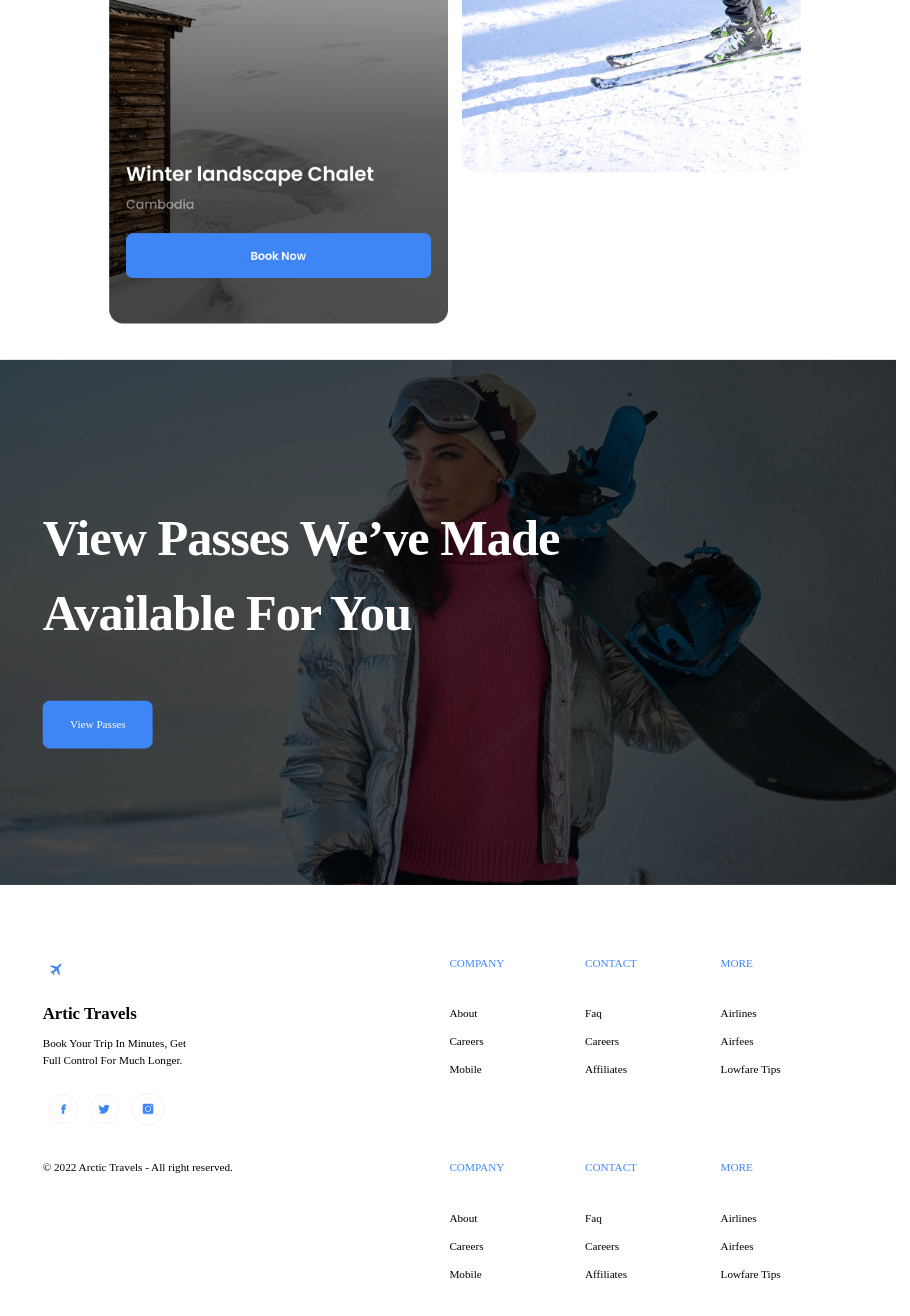
Repository: swissjake/arctic-travel-agency
Page: /
The author's editor kept a copy of each file at every save. The page is drawn from the files as they stood at one save, then again after the next save.
The browser window is 1280 px wide. The page is 1300 px wide, so the pictures cover 1300 px, including what lies to the right of the window. The pictures show the part of the page from y = 4013 to 5893 px (the page is 5893 px tall), at 70% of full size.
The project was rebuilt for these pictures with package versions that can differ from the ones it lists, and the page was loaded fresh each time. Also part of the build but not shown: src/App.css.

Above is the page before, as saved 2022-05-04 17:37:28.

### public/index.html
<!DOCTYPE html>
<html lang="en">
  <head>
    <meta charset="utf-8" />
    <link rel="icon" href="%PUBLIC_URL%/favicon.ico" />
    <meta name="viewport" content="width=device-width, initial-scale=1" />
    <meta name="theme-color" content="#000000" />
    <meta
      name="description"
      content="Web site created using create-react-app"
    />

    <title>Arctic Travel Agency</title>
  </head>
  <body>
    <noscript>You need to enable JavaScript to run this app.</noscript>
    <div id="root"></div>
    <!--
      This HTML file is a template.
      If you open it directly in the browser, you will see an empty page.

      You can add webfonts, meta tags, or analytics to this file.
      The build step will place the bundled scripts into the <body> tag.

      To begin the development, run `npm start` or `yarn start`.
      To create a production bundle, use `npm run build` or `yarn build`.
    -->
  </body>
</html>

### src/index.css
@tailwind base;
@tailwind components;
@tailwind utilities;

@import url('https://fonts.googleapis.com/css2?family=Poppins:wght@300;400;500;700&display=swap');


body{
    font-family: 'poppins';
}

@layer components {
    .container {
        @apply max-w-[1440px] mx-auto
    }
    .btn{
        @apply mt-[68px] bg-[#3E86F5] py-[22px] px-[39px] rounded-[10px] text-[16px] text-white
    }
    .booktrip{
        @apply font-medium text-[18px]
    }

}

.bookshadow{
    box-shadow: 0px 134px 193px rgba(183, 183, 183, 0.07), 0px 16.7789px 24.1666px rgba(183, 183, 183, 0.035);
}
/* .container {
    max-width: 1440px;
    margin: 0 auto;
} */

### src/pages/LandingPage.tsx
import Footer from "../components/Footer/Footer"
import Hero from "../components/Hero/Hero"
import HeroIcons from "../components/HeroIcons/HeroIcons"
import IceCold from "../components/IceCold/IceCold"
import Nav from "../components/Nav/Nav"
import Passes from "../components/Passes/Passes"
import Region from "../components/Region/Region"
import Resort from "../components/Resort/Resort"
import heroImage from '../assets/heroImage.jpeg'


const LandingPage = () => {
  return (
    <>
  <div>
  <div className="h-[780px]  w-full bg-no-repeat bg-center bg-cover" style={{backgroundImage:`linear-gradient(180deg, rgba(0, 0, 0, 0.65) 0%, rgba(0, 0, 0, 0.580838) 32.24%, rgba(0, 0, 0, 0.486293) 62.09%, rgba(0, 0, 0, 0) 98.06%), url(${heroImage})`}}>
     <Nav />
     <Hero />

  </div>

    <HeroIcons />
    <IceCold />
  </div>
  <Region />
  <Resort/>
  <Passes />

     {/*  style={{backgroundImage:`linear-gradient(180deg, rgba(0, 0, 0, 0.65) 0%, rgba(0, 0, 0, 0.580838) 32.24%, rgba(0, 0, 0, 0.486293) 62.09%, rgba(0, 0, 0, 0) 98.06%), url(${heroImage})`}} */}

     <Footer/>
    </>
  )
}

export default LandingPage

### src/components/Footer/Footer.tsx
import React from 'react'
import aeroplane from "../../assets/aeroplane.svg"
import facebook from "../../assets/facebook.svg"
import instagram from "../../assets/instagram.svg"
import twitter from "../../assets/twitter.svg"


const social=[facebook,twitter,instagram]
const company=["about","careers","mobile"]
const contact=["faq","careers","affiliates"]
const more=["airlines","airfees","lowfare tips"]





const Footer = () => {
  return (
      <footer className='pt-[5rem]'>
         <div className="container p-[20px] md:pl-[61px] md:pr-[57px]">
            <div className="sm:flex justify-between">

<div className="mb-[3rem] w-[50%]">
  <img src={aeroplane} className="mb-[27px]" alt="aeroplane" />
  <p className="capitalize text-2xl font-bold">artic travels</p>
  <p className="capitalize mt-[16px] mb-[34px] w-[217px]">Book your trip in minutes, get full
control for much longer.</p>
<div className="flex mt-5">

  {social.map((item,index)=> (<img src={item} className="mx-2 " alt="icons" />))}
</div>
</div>

<div className='mb-5 flex-1'>
  <h2 className="text-[#3E86F5] mb-[40px] uppercase">company</h2>
  <ul>
    {company.map((item,index)=>(
      <li className="capitalize leading-10">{item}</li>
    ))}
  </ul>
</div>

<div className='mb-5 flex-1'>
  <h2 className="text-[#3E86F5] mb-[40px] uppercase">contact</h2>
  <ul>
    {contact.map((item,index)=>(
      <li className="capitalize leading-10">{item}</li>
    ))}
  </ul>
</div>

<div className='mb-5 flex-1'>
  <h2 className="text-[#3E86F5] mb-[40px] uppercase">more</h2>
  <ul>
    {more.map((item,index)=>(
      <li className="capitalize leading-10">{item}</li>
    ))}
  </ul>
</div>


              </div>

              <div className="sm:flex justify-between">

<div className="mb-[3rem] w-[50%]">
© 2022 Arctic Travels - All right reserved.
</div>

<div className='mb-5 flex-1'>
  <h2 className="text-[#3E86F5] mb-[40px] uppercase">company</h2>
  <ul>
    {company.map((item,index)=>(
      <li className="capitalize leading-10">{item}</li>
    ))}
  </ul>
</div>

<div className='mb-5 flex-1'>
  <h2 className="text-[#3E86F5] mb-[40px] uppercase">contact</h2>
  <ul>
    {contact.map((item,index)=>(
      <li className="capitalize leading-10">{item}</li>
    ))}
  </ul>
</div>

<div className='mb-5 flex-1'>
  <h2 className="text-[#3E86F5] mb-[40px] uppercase">more</h2>
  <ul>
    {more.map((item,index)=>(
      <li className="capitalize leading-10">{item}</li>
    ))}
  </ul>
</div>


              </div>


         </div>
      </footer>

  )
}

export default Footer

### src/components/Hero/Hero.tsx

const Hero = () => {
  return (
    <section >
         <div className="container md:pl-[61px] p-[20px] md:pr-[57px]">
           {/* <img src={heroImage} alt="" /> */}
           <div className="pt-[160px] text-center md:text-left md:pt-[200px] text-white ">
           <h1 className="md:w-[46.6rem] md:whitespace-nowrap text-[32px] md:text-[56px] capitalize font-bold tracking-{-0.03em}">Plan the perfect winter trip</h1>
           <p className="md:w-[33rem] text-[14px] md:text-[22px] font-normal tracking-[-0.01em] mt-[20px]">Easily plan your ideal ski trip from home with the help of professionals</p>
           <button className="btn">Book Now</button>
           </div>
        </div>
    </section>

  )
}

export default Hero

//background: linear-gradient(180deg, rgba(0, 0, 0, 0.65) 0%, rgba(0, 0, 0, 0.580838) 32.24%, rgba(0, 0, 0, 0.486293) 62.09%, rgba(0, 0, 0, 0) 98.06%);

### src/components/HeroIcons/HeroIcons.tsx
import React from 'react'
import nike from '../../assets/nike.svg'
import applepay from '../../assets/applepay.svg'
import silverstar from '../../assets/silverstar.svg'
import intra from '../../assets/intra.svg'
import mastercard from '../../assets/mastercard.svg'
import BookTrip from '../BookTrip/BookTrip'



const HeroIcons = () => {

  return (
    <section className='bg-[#F8F9FC]'>
         <BookTrip />
        <div className='container md:h-[243px]'>
            <div className='flex flex-wrap md:flex-nowrap items-center justify-center px-3 pb-[45px]  md:px-[222px] pt-[200px] md:pt-[149px] space-y-6 md:space-y-0'>
                    <div className='md:mr-[120px] mr-[40px]'>
                        <img className='w-[96px] h-[50px]' src={nike} alt="nike" />
                    </div>
                    <div className='md:mr-[126px] mr-[40px]'>
                        <img className='w-[96px] h-[56px]' src={applepay} alt="applepay" />
                    </div>
                    <div className='md:mr-[128px] mr-[40px]'>
                        <img className='w-[126px] h-[57px]' src={silverstar} alt="silver" />
                    </div>
                    <div className='md:mr-[130px] mr-[40px]'>
                        <img className='w-[108px] h-[46px]' src={intra} alt="intra" />
                    </div>
                    <div className=''>
                        <img className='w-[64px] h-[64px]' src={mastercard} alt="mastercard" />
                    </div>
            </div>

        </div>
    </section>
    )
}

export default HeroIcons

### src/components/IceCold/IceCold.tsx
import React from 'react'
import map from '../../assets/map.svg'
import arrow from '../../assets/Arrow.svg'

const IceCold = () => {
  return (
      <section className='bg-[#F8F9FC]'>
         <div className='container h-[693px] p-[20px] pt-[179px] md:pl-[40px]'>
             <div className='h-[492px] relative  bg-[rgba(62, 134, 245, .2)]' style={{backgroundImage:`url(${map})`}}>
                <h1 className='w-full md:w-[791px] leading-[54px] tracking-[-0.02em] text-[black] font-semibold left-[50%] translate-x-[-50%] absolute top-[-60px] h-[108px] text-[30px] md:text-[40px] text-center'>Creating the best <span className='text-[#3E86F5]'>ice-cold!</span> experience you would never forget.</h1>

                 <p className='w-full md:w-[697px] md:h-[72px] absolute left-[50%] translate-x-[-50%] text-[rgba(0, 0, 0, 0.5)] text-[18px] md:text-[24px] mt-[120px] md:mt-[60px] text-center leading-[36px] font-normal'>Would you explore nature paradise in the world, find the best destination in the world with us.</p>
                <div className=''>
                    <h1 className='w-full md:w-[454px] md:h-[50px] md:whitespace-nowrap absolute mb-[75px] md:mb-[150px] bottom-0 left-[50%] translate-x-[-50%] font-semibold text-[#000000] text-[40px] text-center leading-[60px] tracking-[-0.02em]'>View Regions available</h1>
                    <img className='absolute bottom-0 left-[50%] translate-x-[-50%] mb-[36px] md:mb-[73px]' src={arrow} alt="/" />
                </div>
             </div>

        </div>
      </section>

  )
}

export default IceCold

### src/components/Nav/Nav.tsx
import React, {useState} from 'react'
import aeroplane from "../../assets/aeroplane.svg";
import {AiOutlineClose, AiOutlineMenu} from 'react-icons/ai'

const Nav = () => {
  const [close, setClose]=useState(true)


  const navitems:string[] = ["About us", "Support", "Language"];
  return (
    <section className=''>
<div className='container  top-0 flex md:pl-[61px] justify-between p-[20px] md:pr-[57px]'>
  <div className="flex items-center">
  <img src={aeroplane} className="mr-[10px]" alt="aeroplane" />
  <h2 className='capitalize font-bold text-white mr-[56px]'>artic travels</h2>
 <ul className="inline hidden md:block">
   {navitems.map((item:string, index) => <li key={index} className="inline capitalize text-white mr-[40px]"><button>{item}</button></li>)}
 </ul>
  </div>

  <button className='hidden md:block text-[#3E86F5] h-[48px] rounded-[10px] w-[151px] bg-white'>
  Sign in
</button>
<button className='md:hidden block' onClick={()=>setClose(!close)}>
<AiOutlineMenu size={20} className='text-white'/>
</button>
</div>
<div style={{width:close?"0%":"100%",transition:"all .5s"}} className="fixed md:hidden block overflow-hidden  flex h-[100%] top-0 bg-black z-50">
<ul className="inline m-auto">
   {navitems.map((item:string) => <li className="leading-10 text-white"><button onClick={()=>setClose(true)} className="capitalize">{item}</button></li>)}
 </ul>
 <button className='hidden text-[#3E86F5] h-[48px] rounded-[10px] w-[151px] bg-white'>
  Sign in
</button>


<button onClick={()=>setClose(!close)} className="absolute top-[5%] right-[5%] border-white border-[4px] font-bold p-1 rounded-full"><AiOutlineClose size={20} className='fill-white'/></button>

</div>

    </section>
  )
}

export default Nav

// npm install @mui/icons-material

### src/components/Passes/Passes.tsx
import React from 'react'
import passes from '../../assets/passesimg.jpg'

const Passes = () => {
  return (
      <section className='bg-center bg-cover bg-no-repeat' style={{backgroundImage: `linear-gradient(0deg, rgba(0, 0, 0, 0.7), rgba(0, 0, 0, 0.7)),url(${passes})`, backgroundPosition:"center 25%"}}>
            <div className='container h-[500px] md:h-[750px] md:pl-[61px]  md:pr-[57px]  text-white' >
                <div className=' text-center md:text-left'>
                <h1 className='md:w-[1017px] pt-[120px] md:pt-[200px] font-semibold text-[36px] md:text-[72px] leading-[54px] md:leading-[108px] tracking-[-0.02em]'>View Passes We’ve Made Available For You</h1>
                <button className='btn mt-[40px] md:mt-[71px]'>View Passes</button>
                </div>
            </div>
      </section>

  )
}

export default Passes

### src/components/Region/Region.tsx
import React from 'react'
import region1 from '../../assets/region1.png'
import region2 from '../../assets/region2.png'
import region3 from '../../assets/region3.png'


const Region = () => {
  return (
      <section>
             <div className=''>
                 <div className='flex '>
             <div className='flex-1'>
             <img className="w-full" src={region1} alt="/"/>
             </div>

               <div className="flex-1">
               <img className="w-full" src={region2} alt="/" />

               </div>

             <div className="flex-1">
                <img className='w-full'  src={region3} alt="/" />
            </div>



            </div>
            </div>
      </section>

  )
}

export default Region

### src/components/Resort/Resort.tsx
import React from 'react'
import picture1 from "../../assets/picture1.png"
import picture2 from "../../assets/picture2.png"
import picture3 from "../../assets/picture3.png"
import picture4 from "../../assets/picture4.png"
const Resort = () => {
  return (
 <section>
   <div className="container p-[20px] pt-[179px] md:pl-[40px]">
<div className="md:flex gap-5 justify-between">

  <div className="flex-1">
  <p className="text-[3rem] md:w-[80%] w-full mb-[4.5rem] font-[600] tracking-[-0.02em]">The best resorts to chill and relax</p>
  <div className="w-full flex justify-end flex-wrap">
  <img src={picture1} className="mb-[32px]" alt="" />
<img src={picture2} className="mb-[32px]" alt="" />
  </div>

  </div>

<div className="flex-1">
<img src={picture3} className="mb-5 mb-[32px]" alt="" />
<img src={picture4} alt="" />
</div>

  </div>
   </div>
 </section>
  )
}

export default Resort

### src/components/BookTrip/BookTrip.tsx
import React from 'react'
import location from '../../assets/location.svg'
import aero from '../../assets/aero.svg'
import user from '../../assets/user.svg'
import dropdown from '../../assets/dropdown.svg'
import checkin from '../../assets/checkin.svg'

const BookTrip = () => {
  return (
      <section>
            <div className='container p-2 md:p-0 md:relative'>

                <div className='bookshadow md:w-[1320px] md:absolute bg-white rounded-[16px] md:z-40 md:h-[140px] md:mt-[-75px] md:left-[50%] md:translate-x-[-50%] md:space-x-[120px] md:flex-row flex flex-col p-7  items-center justify-center'>
                    <div className='mb-4 md:mb-0'>
                        <div className='flex'>
                            <img className="mr-[20px]" src={location} alt="/" />
                            <p className='font-medium text-[#929191] text-[16px] tracking-[0.08em] leading-[24px] uppercase'>location</p>
                        </div>
                        <div className='flex'>
                            <p className="booktrip">Iceland</p>
                            <img className="ml-[8px]" src={dropdown} alt="/" />
                        </div>
                    </div>

                    <div className='mb-4 md:mb-0'>
                        <div className='flex'>
                            <img className="mr-[20px]" src={user} alt="/" />
                         <p className='font-medium text-[#929191] text-[16px] tracking-[0.08em] leading-[24px] uppercase'>Persons</p>
                    </div>
                    <div className='flex'>
                        <p className="booktrip">4 Persons</p>
                        <img className="ml-[8px]" src={dropdown} alt="/" />
                    </div>
                </div>

                <div className='mb-4 md:mb-0'>
                    <div className='flex'>
                        <img className="mr-[20px]" src={checkin} alt="/" />
                         <p className='font-medium text-[#929191] text-[16px] tracking-[0.08em] leading-[24px] uppercase'>check in</p>
                    </div>
                    <div className='flex'>
                        <p className="booktrip">12 January 2022</p>
                        <img className="ml-[8px]" src={dropdown} alt="/" />
                    </div>
                </div>

                <div className=''>
                    <div className='flex'>
                        <img className="mr-[20px]" src={checkin} alt="/" />
                         <p className='font-medium text-[#929191] text-[16px] tracking-[0.08em] leading-[24px] uppercase'>checkout</p>
                    </div>
                    <div className='flex'>
                        <p className="booktrip">18 January 2022</p>
                        <img className="ml-[8px]" src={dropdown} alt="/" />
                    </div>
                </div>
                <button className='btn flex md:my-[38px]'>Book Trip <img className='ml-[12px]' src={aero} alt="/" /> </button>
                </div>
            </div>
    </section>


  )
}

export default BookTrip

Loaded but not shown: src/index.tsx (common file); src/App.tsx (common file); tailwind.config.js (common file)

After the next save:
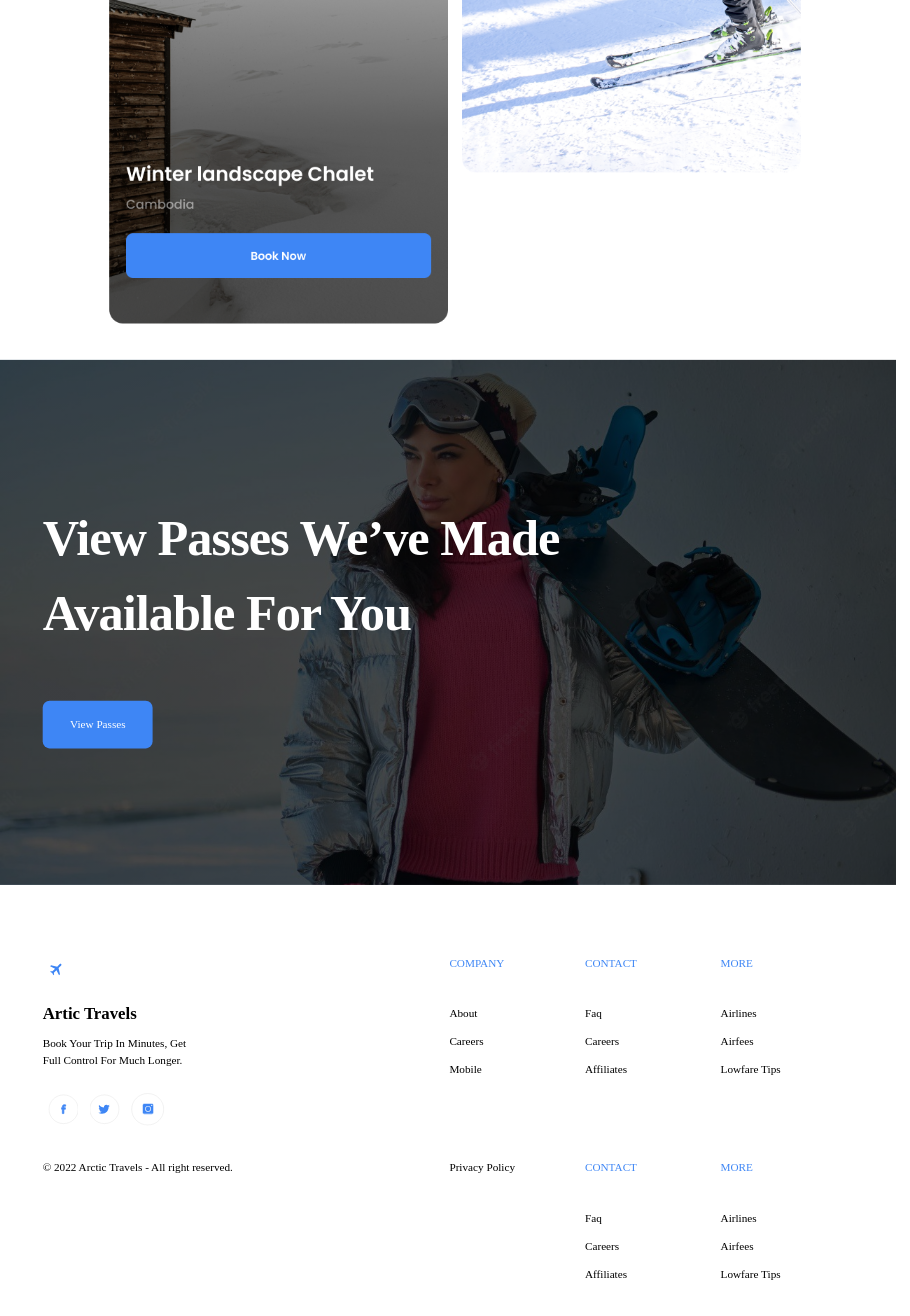
Saved 42 s later.
--- a/src/components/Footer/Footer.tsx
+++ b/src/components/Footer/Footer.tsx
@@ -68,12 +68,7 @@ control for much longer.</p>
 </div>
 
 <div className='mb-5 flex-1'>
-  <h2 className="text-[#3E86F5] mb-[40px] uppercase">company</h2>
-  <ul>
-    {company.map((item,index)=>(
-      <li className="capitalize leading-10">{item}</li>
-    ))}
-  </ul>
+Privacy Policy
 </div>
 
 <div className='mb-5 flex-1'>
